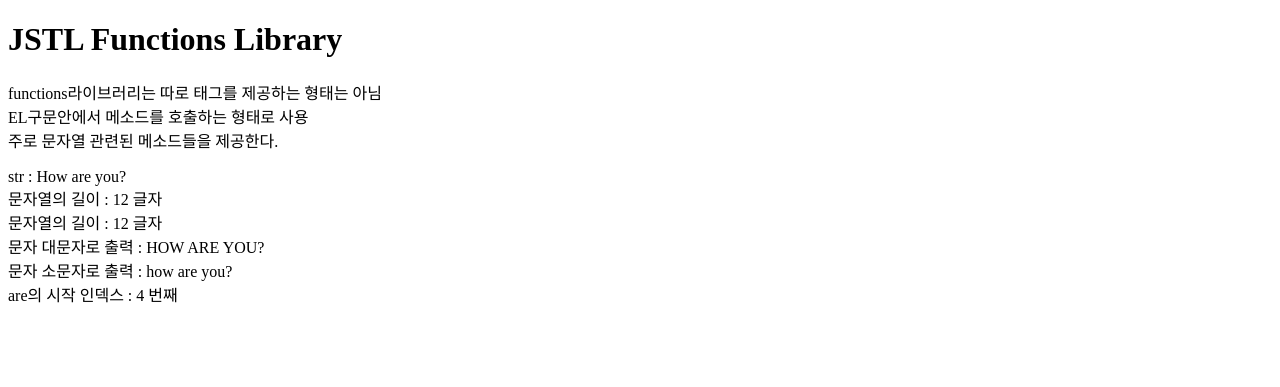
Repository: DonghwanSon1/ajax-jsp-study
Page: http://localhost/ActionProject/views/3_CustomAction/03_functions.jsp
The author's editor kept a copy of each file at every save. The page is drawn from the files as they stood at one save, then again after the next save.
The browser window is 1280 px wide. The pictures show the whole page.
The page is served by Tomcat 9.

Above is the page before, as saved 2022-07-13 02:25:28.

After the next save:
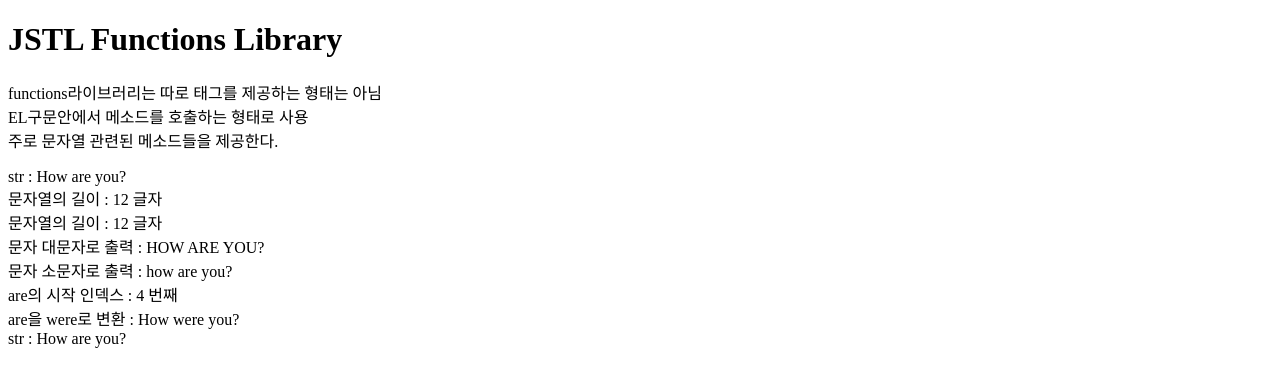
Saved 51 s later.
--- a/ActionProject/WebContent/views/3_CustomAction/03_functions.jsp
+++ b/ActionProject/WebContent/views/3_CustomAction/03_functions.jsp
@@ -30,6 +30,9 @@
 
 	are의 시작 인덱스 : ${ fn:indexOf(str,"are") } 번째 <br>
 
+	are을 were로 변환 : ${ fn:replace(str, "are", "were") } <br>
+
+	str : ${ str } <br>
 
 
 
